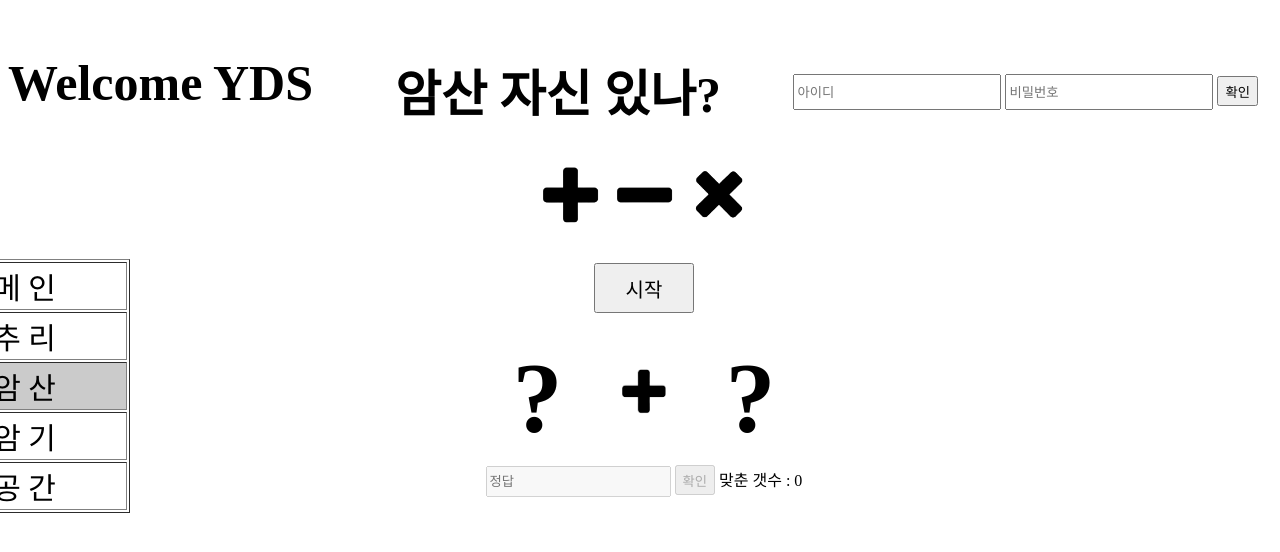
Repository: ejrtn/springbootMaven
Page: deoksu/src/main/resources/static/math.html
These files come from the project's save history. The page is drawn as it stood at one moment and after the next save; the edit follows.
The browser window is 1280 px wide. The pictures show the whole page.

Above is the page before, as saved 2021-04-10 08:53:12.

After the next save:
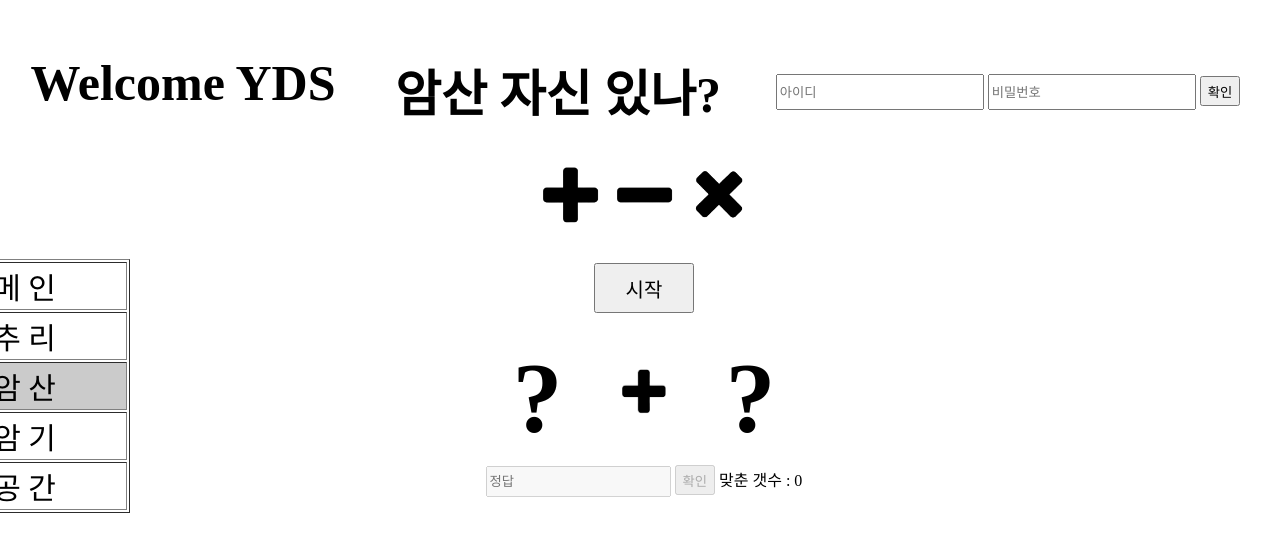
Saved 39 s later.
--- a/deoksu/src/main/resources/static/math.html
+++ b/deoksu/src/main/resources/static/math.html
@@ -103,13 +103,13 @@
 <body>
 	<div align="center" style="margin-top: 20px;">
 		<div style="display: flex; flex: row; margin: 0 auto; width: 100%;">
-			<h1 align="left" style="font-size: 50px; width: 350px; height:66px;">
+			<h1 align="center" style="font-size: 50px; width: 350px; height:66px;">
 				Welcome YDS
 			</h1>
 			<h1 align="center"  style="font-size: 50px; width: 400px;">
 				암산 자신 있나?
 			</h1>
-			<div align="right" style="width: 500px; margin-top: 54px;">
+			<div align="center" style="width: 500px; margin-top: 54px;">
 				<input type="text" placeholder="아이디" style="height: 30px; width: 200px;">
 				<input type="text" placeholder="비밀번호" style="height: 30px; width: 200px;">
 				<input type="button" value="확인" style="height: 30px;">
